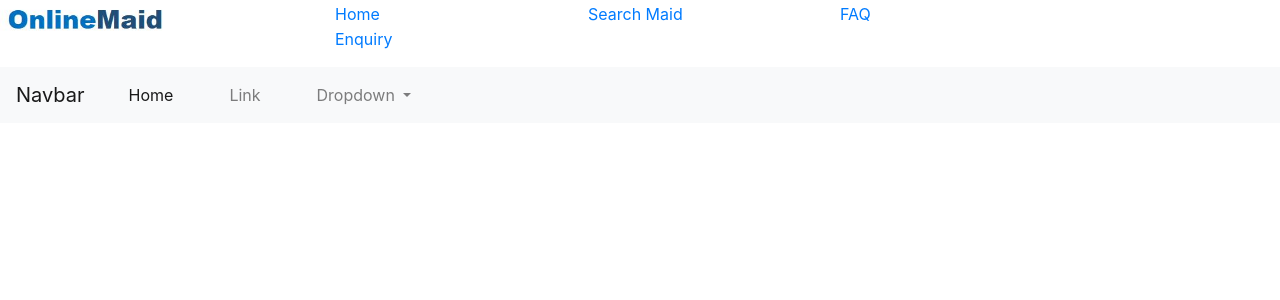
Repository: Code-Institute-Submissions/Project-1---Online-Maid
Page: index.html
The author's editor kept a record of every edit. The page is drawn from the files as they stood at one moment, then again after the next edit.
The browser window is 1280 px wide. The pictures show the whole page.
Some web libraries are served in a nearby version.

Above is the page before.

After the next edit:
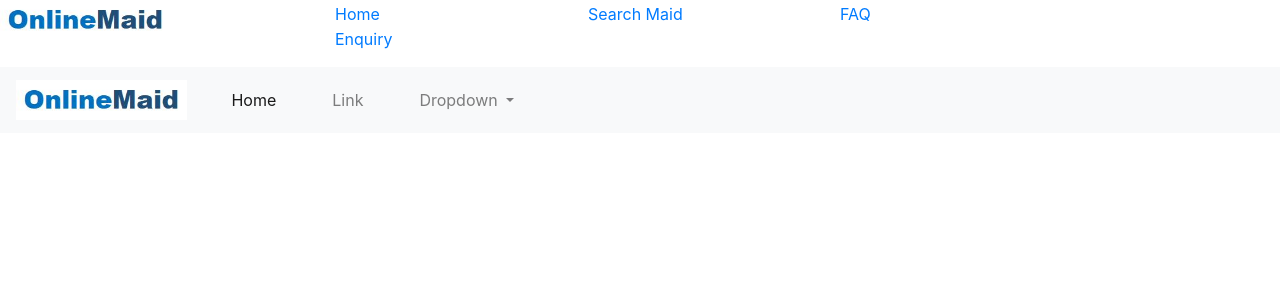
The edit:
--- a/index.html
+++ b/index.html
@@ -40,7 +40,7 @@
         </div>
     </header>
     <nav class="navbar navbar-expand-lg navbar-light bg-light">
-  <a class="navbar-brand" href="#">Navbar</a>
+  <a class="navbar-brand" href="#"><img id="logo" class="img-fluid d-md-block" src="images/logo.jpg" alt=""></a>
   <button class="navbar-toggler" type="button" data-toggle="collapse" data-target="#navbarSupportedContent" aria-controls="navbarSupportedContent" aria-expanded="false" aria-label="Toggle navigation">
     <span class="navbar-toggler-icon"></span>
   </button>
